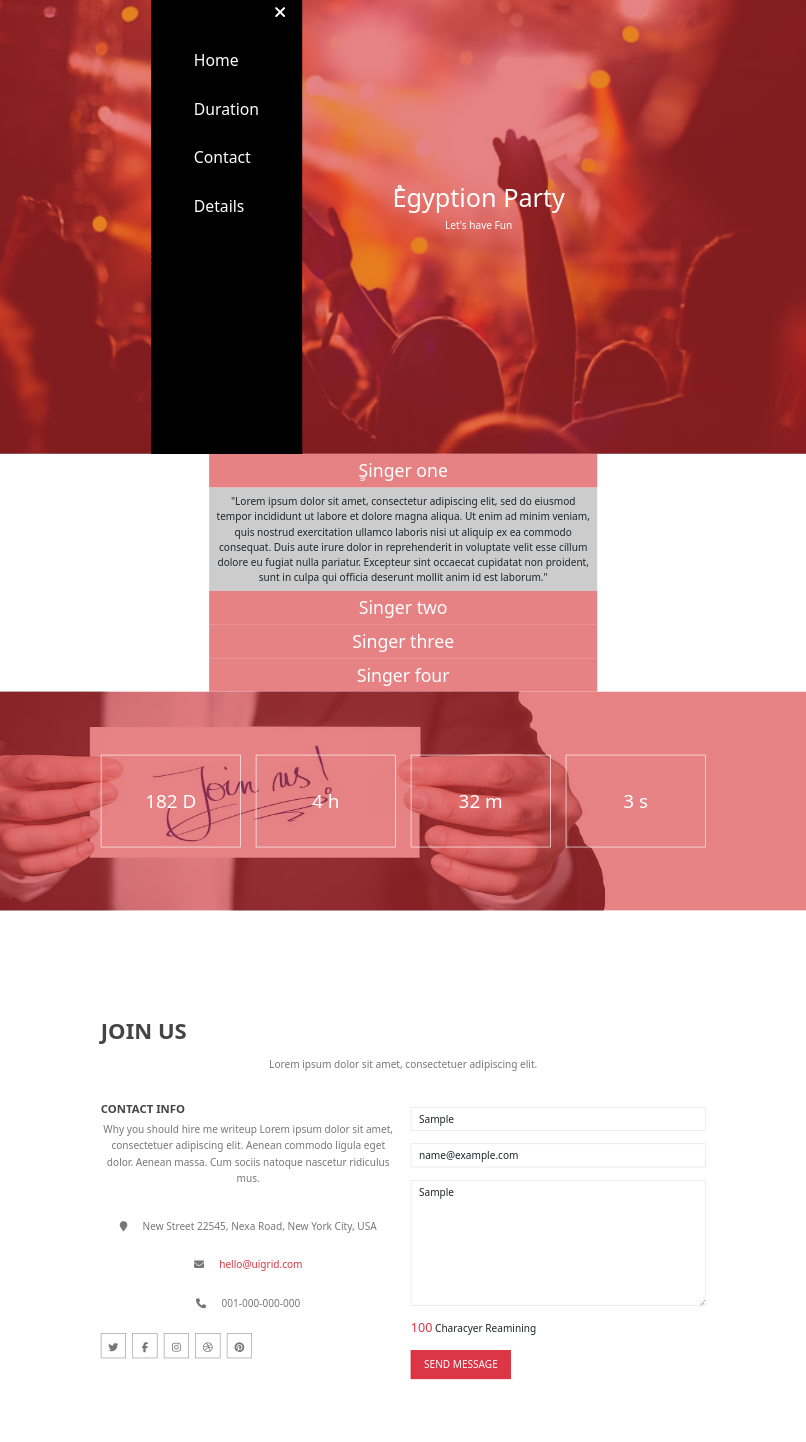
Repository: HagarYousry/jQuery
Page: index.html
The author's editor kept a copy of each file at every save. The page is drawn from the files as they stood at one save, then again after a run of saves.
The browser window is 1280 px wide. The pictures show the whole page, at 63% of full size.
Empty fields were first filled with sample values (such as "Sample", 5 or name@example.com).
After loading, the first visible `span.navIcon` was clicked once.

Above is the page before, as saved 2024-07-25 20:00:54.

After the next 2 saves:
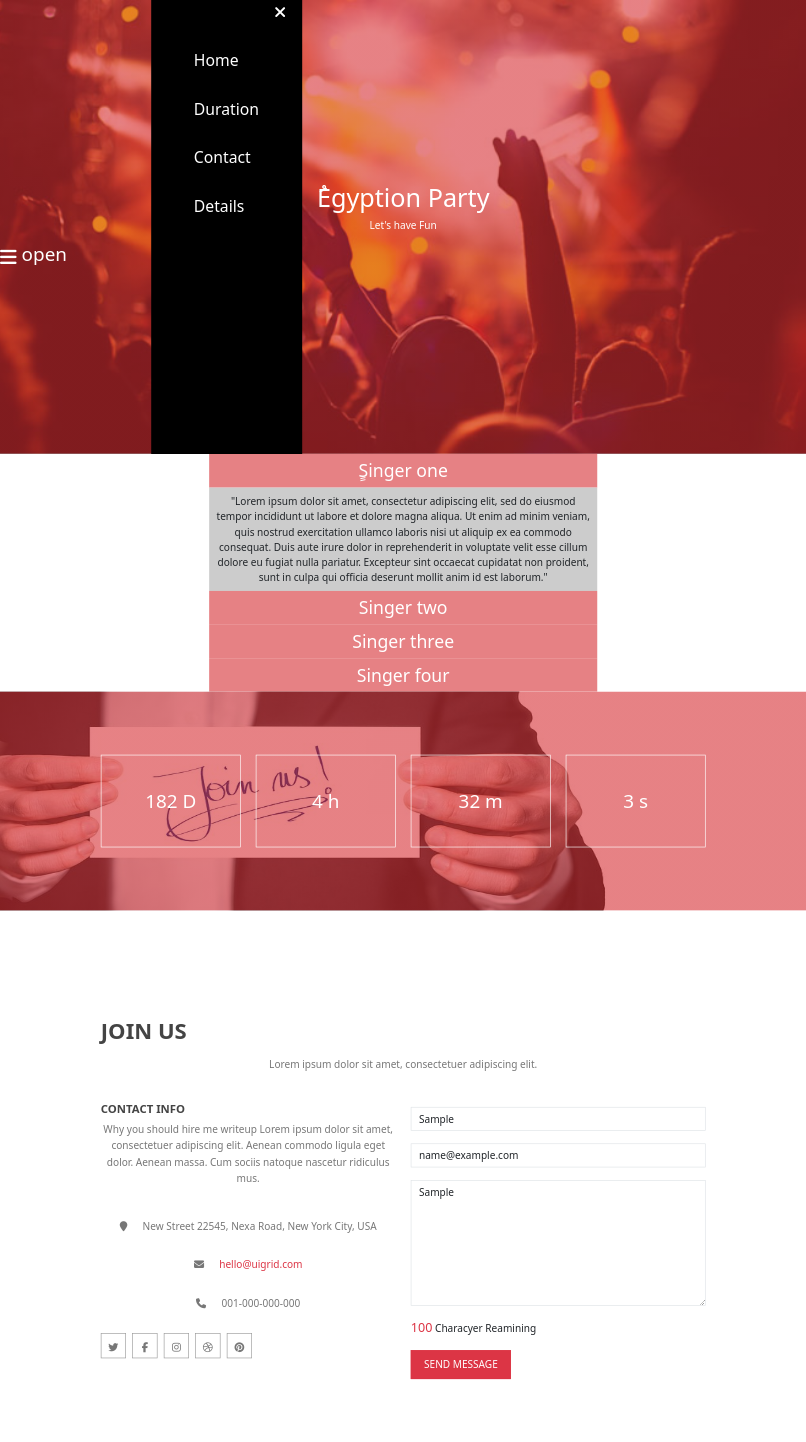
The 2 saves are shown as one change because they came seconds apart.
The last was saved 4 min 51 s later.
--- a/js/index.js
+++ b/js/index.js
@@ -14,11 +14,9 @@ $('#sideNav')
 //! second: on click "navIcon" ,toggle open & close sideNav
 $('.navIcon')
     .on('click', function () {
-            $('.home-title').animate({ marginLeft: sideNavwidth }, 1000)
-
         $('#sideNav')
-            .animate({ left: sideNavwidth  }, 1000)
-
+        .animate({ left: sideNavwidth }, 1000);
+    $('.home-content').animate({ marginLeft: 0 }, 1000)
     })
 
 //! closeIcon
